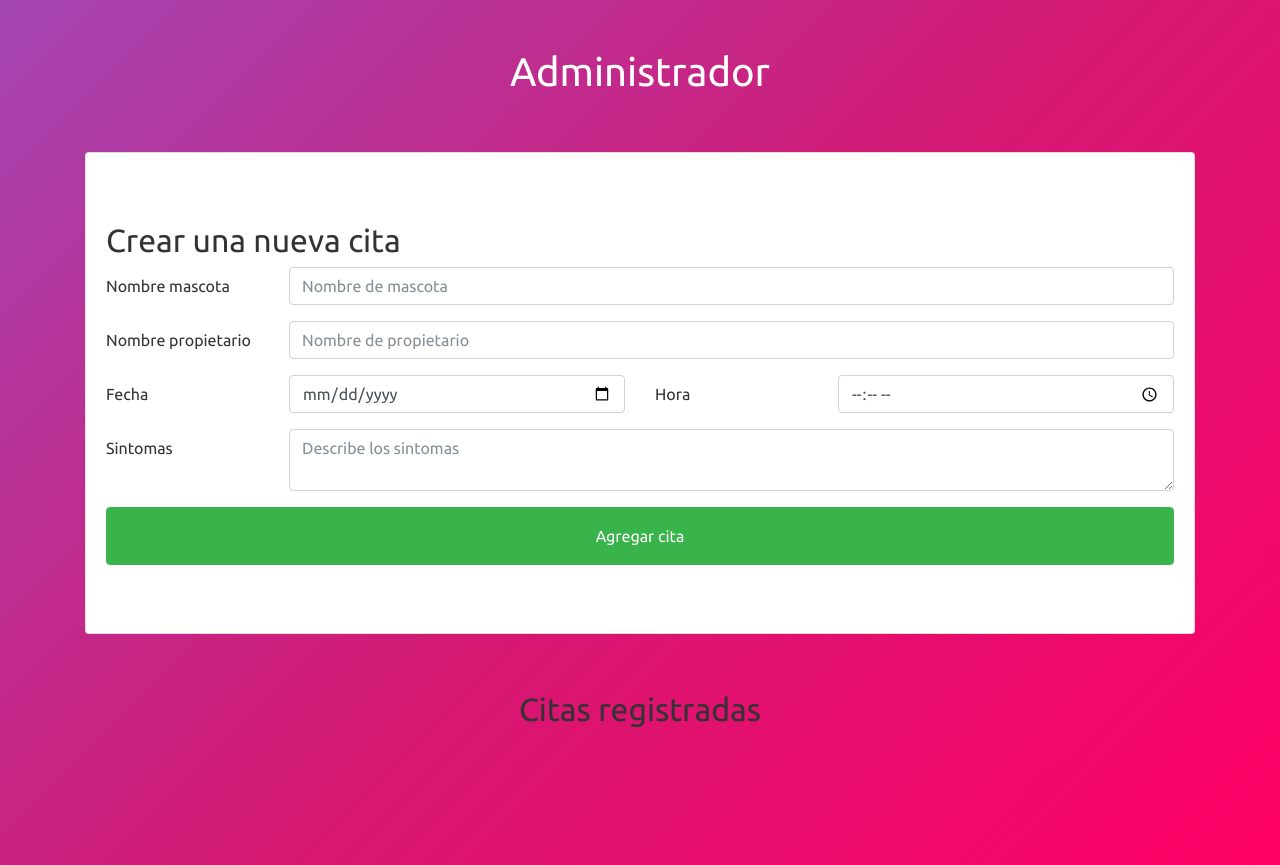
Repository: harrycampaz/react-veterinario-form
Page: /
The author's editor kept a copy of each file at every save. The page is drawn from the files as they stood at one save, then again after the next save.
The browser window is 1280 px wide. The pictures show the whole page.
The project was rebuilt for these pictures with package versions that can differ from the ones it lists, and the page was loaded fresh each time. Also part of the build but not shown: src/components/layout/ItemCita.js.

Above is the page before, as saved 2020-01-16 18:02:57.

### src/App.js
import React, { Component } from "react";
import "./bootstrap.min.css";
import Header from "./components/ui/Header";
import NuevaCita from "./components/layout/NuevaCita";
import ListCitas from "./components/layout/ListCitas";

class App extends Component {
  state = {
    citas: []
  };

  //Cuando carga el componente
  componentDidMount(){

    const citasLS = localStorage.getItem('citas');

    if(citasLS){
      this.setState({
        citas: JSON.parse(citasLS)
      })
    }



  }

  componentDidUpdate(){
    localStorage.setItem('citas', JSON.stringify(this.state.citas));
  }

  createNewCita = data => {
    const citas = [...this.state.citas, data];

    this.setState({
      citas
    });
  };

  deleteCita = id => {
    console.log(id);

    //Copiar el state
    const citasActuales = [... this.state.citas];

    // Utilizar filter para eliminar id de arreglo

    const citas = citasActuales.filter(cita => cita.id !== id);

    //Actualizar states
    this.setState({
      citas
    })

    console.log('Diste cliecn');


  }
  render() {
    return (
      <div className="container">
        <Header titulo="Administrador" />
        <div className="row">
          <div className="col-md-12 max-auto">
            <NuevaCita createNewCita={this.createNewCita} />
          </div>

          <div className="col-md-12 max-auto">
            <ListCitas
            citas={this.state.citas}
            deleteCita = {this.deleteCita}
            />
          </div>
        </div>
      </div>
    );
  }
}

export default App;

### src/components/ui/Header.js
import React from 'react';
import PropTypes from 'prop-types';
const Header = ({titulo}) => {
    return (
      <header>
<h1 className="text-center"> {titulo}</h1>
      </header>
    );
};

Header.propTypes = {
    titulo: PropTypes.string.isRequired
}

export default Header;

### src/components/layout/NuevaCita.js
import React, { Component } from "react";
import PropTypes from 'prop-types';
import uuid from 'uuid';

const stateInicial = {
    cita: {
        mascota: '',
        propietario: '',
        fecha: '',
        hora: '',
        sintomas: ''
    },
    error : false
}

class NuevaCita extends Component {


    state = {...stateInicial}

    handleChange = (e) => {
        console.log(e.target.name + ' : ' + e.target.value);

        this.setState({
            cita: {
                ...this.state.cita,
                [e.target.name]: e.target.value
            }
        })

    }

    haldleSubmit = (e) => {

        e.preventDefault();

        const {mascota, propietario, hora, fecha, sintomas} = this.state.cita;

        if(mascota === '' || propietario === '' || hora === '' || fecha === '' || sintomas ===''){

            this.setState({
                error: true
            })

            return;

        }

        const newCita = {...this.state.cita};

        newCita.id = uuid();
        this.props.createNewCita(newCita);

        this.setState({
            ...stateInicial
        })

    }

  render() {

    const {error} = this.state;
    return (

      <div className="card mt-5 py-5">
        <div className="card-body">
          <h2> Crear una nueva cita</h2>

{error ? <div class="alert alert-danger" role="alert">
  Todos los cambios son obligatorios!
</div> : null}

        <form onSubmit = {this.haldleSubmit}>
          <div className="form-group row">
            <label className="col-sm-4 col-lg-2 col-form-label">
              Nombre mascota
            </label>
            <div className="col-sm-8 col-lg-10">
              <input
                type="text"
                className="form-control"
                name="mascota"
                id="mascota"
                placeholder="Nombre de mascota"
                onChange = {this.handleChange}
                value = {this.state.cita.mascota}
              />
            </div>
          </div>
          <div className="form-group row">
            <label className="col-sm-4 col-lg-2 col-form-label">
              Nombre propietario
            </label>
            <div className="col-sm-8 col-lg-10">
              <input
                type="text"
                className="form-control"
                name="propietario"
                id="propietario"

                placeholder="Nombre de propietario"
                onChange = {this.handleChange}
                value = {this.state.cita.propietario}
              />
            </div>
          </div>

          <div className="form-group row">
            <label className="col-sm-4 col-lg-2 col-form-label">
              Fecha
            </label>
            <div className="col-sm-8 col-lg-4">
              <input
                type="date"
                className="form-control"
                name="fecha"
                id="fecha"
                onChange = {this.handleChange}
                value = {this.state.cita.fecha}

              />
            </div>

            <label className="col-sm-4 col-lg-2 col-form-label">
              Hora
            </label>
            <div className="col-sm-8 col-lg-4">
              <input
                type="time"
                className="form-control"
                name="hora"
                id="hora"

                placeholder="Nombre de propietario"
                onChange = {this.handleChange}
                value = {this.state.cita.hora}
              />
            </div>
          </div>

          <div className="form-group row">
            <label className="col-sm-4 col-lg-2 col-form-label">
              Sintomas
            </label>
            <div className="col-sm-8 col-lg-10">
              <textarea
                type="text"
                className="form-control"
                name="sintomas"
                id="sintomas"
                placeholder="Describe los sintomas"
                onChange = {this.handleChange}
                value = {this.state.cita.sintomas}
              ></textarea>

            </div>
          </div>

          <input type="submit" className=" py-3 mt-2 btn btn-success btn-block" value="Agregar cita"/>
        </form>
      </div>
      </div>
    );
  }
}

NuevaCita.propTypes = {
    createNewCita: PropTypes.func.isRequired
};

export default NuevaCita;

### src/components/layout/ListCitas.js
import React from "react";
import ItemCita from "./ItemCita";
import PropTypes from 'prop-types';

const ListCitas = ({ citas, deleteCita }) => {
  return (
    <div className="mt-2 py-5">
      <div>
        <h2 className="text-center">Citas registradas</h2>

        <div className="row">
          {citas.map(cita => (
            <div className="col-sm-3  px-1">
              <ItemCita key={cita.id} cita={cita} deleteCita = {deleteCita} />
            </div>
          ))}
        </div>
      </div>
    </div>
  );
};

ListCitas.propTypes = {
    citas: PropTypes.array.isRequired,
    deleteCita: PropTypes.func.isRequired
};
export default ListCitas;

Loaded but not shown: public/index.html (common file); src/index.js (common file); src/index.css (common file); src/serviceWorker.js (common file); src/bootstrap.min.css (library)

After the next save:
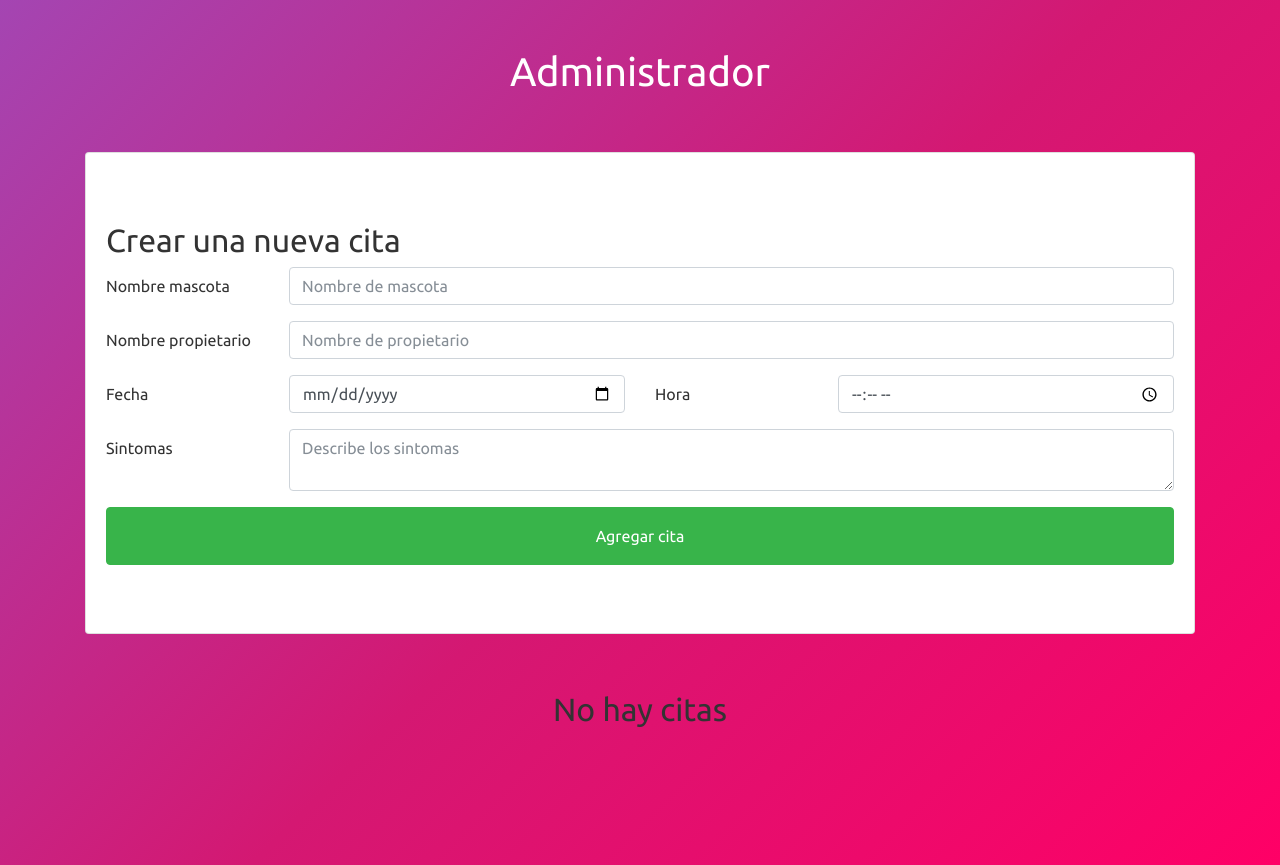
Saved 2 min 14 s later.
--- a/src/components/layout/ListCitas.js
+++ b/src/components/layout/ListCitas.js
@@ -3,10 +3,14 @@ import ItemCita from "./ItemCita";
 import PropTypes from 'prop-types';
 
 const ListCitas = ({ citas, deleteCita }) => {
+
+
+    const mensaje = Object.keys(citas).length === 0  ? 'No hay citas' : 'Citas registradas'
+
   return (
     <div className="mt-2 py-5">
       <div>
-        <h2 className="text-center">Citas registradas</h2>
+        <h2 className="text-center">{mensaje}</h2>
 
         <div className="row">
           {citas.map(cita => (
